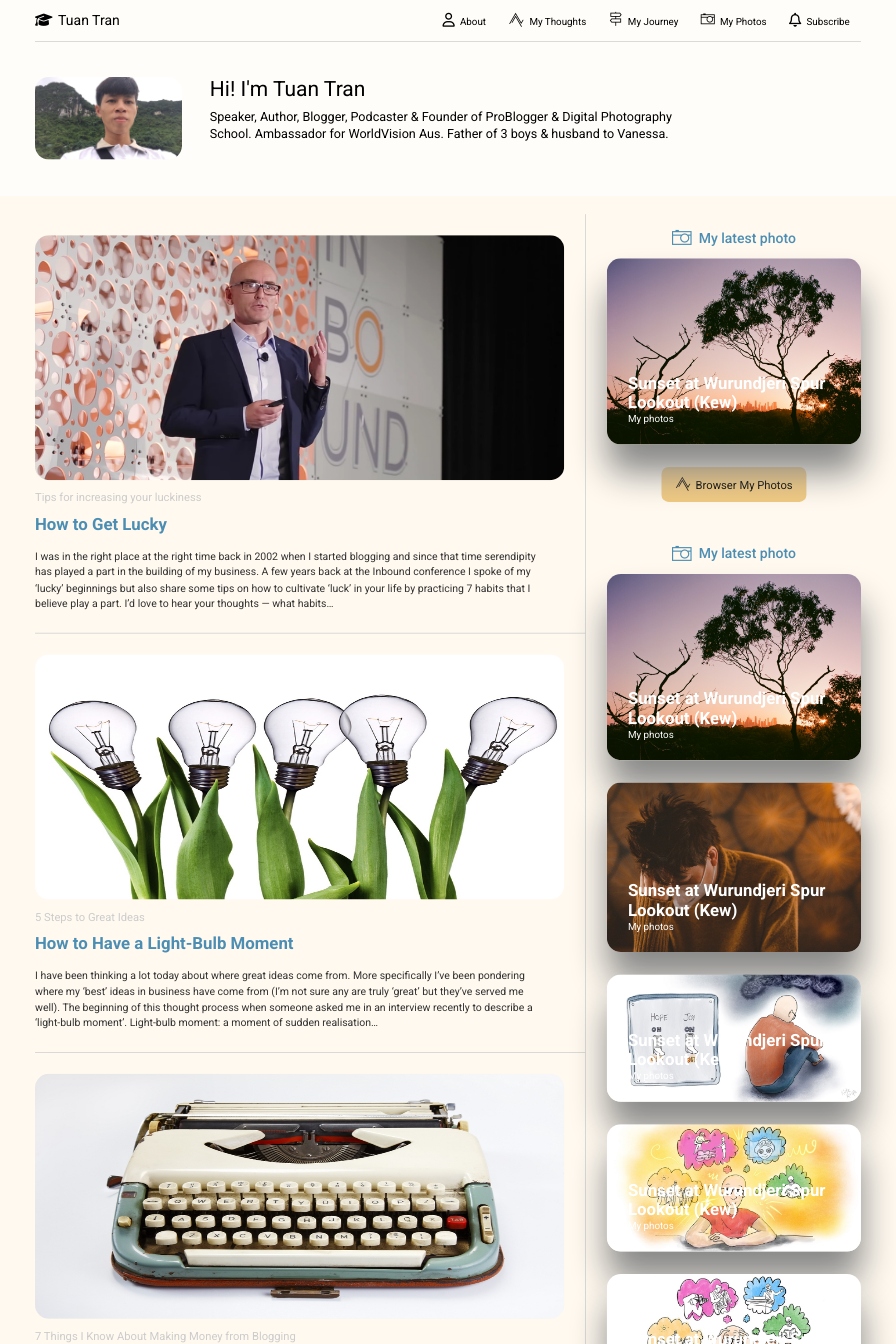
Repository: TranDinhTuann/Blog-Demo
Page: index.html
These files come from the project's save history. The page is drawn as it stood at one moment and after the next save; the edit follows.
The browser window is 1280 px wide. The pictures show the part of the page from y = 0 to 1920 px (the page is 2830 px tall), at 70% of full size.

Above is the page before, as saved 2023-03-22 21:40:59.

After the next save:
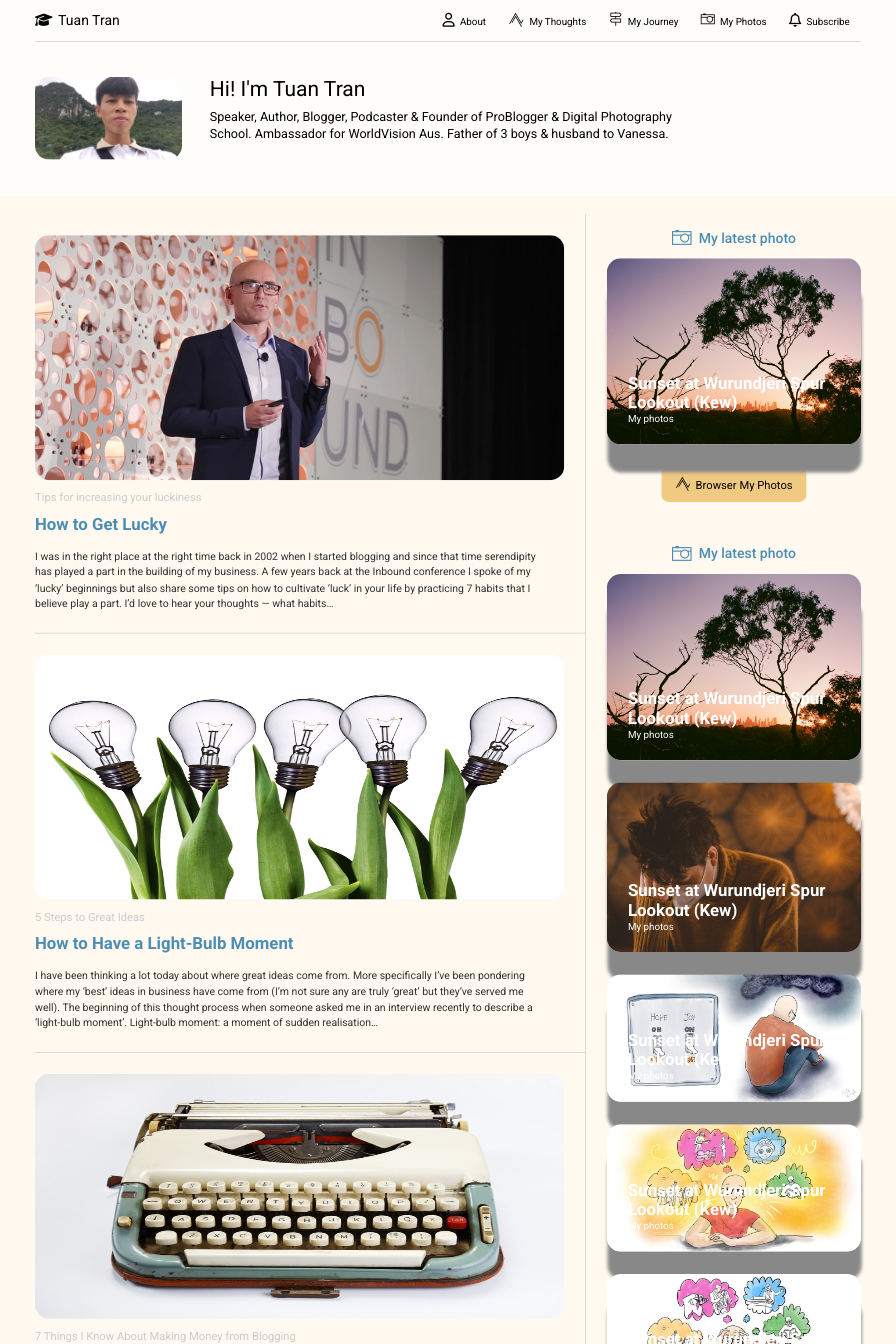
Saved 104 s later.
--- a/assets/css/main.css
+++ b/assets/css/main.css
@@ -198,7 +198,7 @@
     line-height: 18px;
 }
 .img-nature{
-    box-shadow: 1px 40px 50px #888888;
+    box-shadow: 1px 40px 5px #888888;
 }
 
 /* footer */
